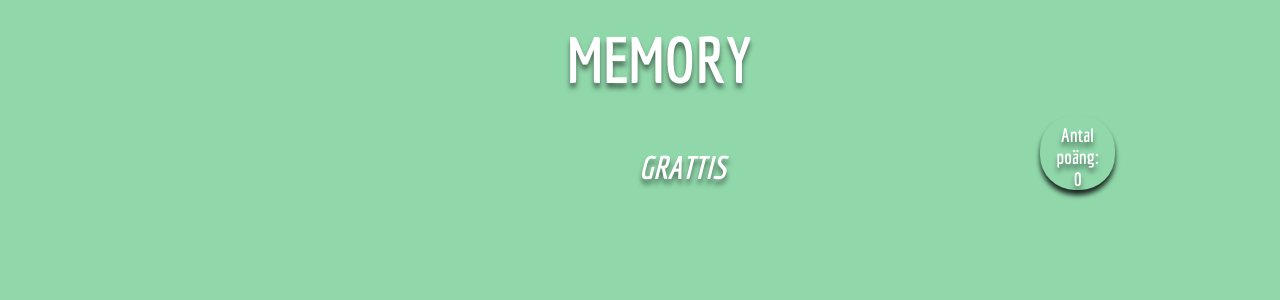
Repository: RebeccaFransson/1dv403-laborationer
Page: 3-gameon/memory/index.html
The author's editor kept a record of every edit. The page is drawn from the files as they stood at one moment, then again after the next edit.
The browser window is 1280 px wide. The pictures show the whole page.

Above is the page before.
Console error: TypeError: Cannot read properties of null (reading 'addEventListener')

### 3-gameon/memory/index.html
<!DOCTYPE html>
<html lang="sv">
<head>
	<meta charset="UTF-8" />
	<link rel="stylesheet" href="style.css" />
    <link href='https://fonts.googleapis.com/css?family=Economica:700' rel='stylesheet' type='text/css'>
    <title>JavaScript - Memory</title>
</head>
    <body id="content">
        <header><h1>MEMORY</h1></header>
        <div id="cards">

        </div>
        <div id="points">
            <p>Antal poäng:<br>0</p>
        </div>
        <div id="done">GRATTIS</div>


 		<script src="script/random.js"></script>
 		<script src="script/Memory.js"></script>
    </body>
</html>

### 3-gameon/memory/style.css

#content{
    width: 27%;
    height: 550px;
    margin:auto;
    border: 2px solid #90d8aa;
    background-color:#90d8aa;
}
h1{
    font-family: 'Economica', sans-serif;
    margin-top: 20px;
    margin-left: 100px;
    font-size:4em;
    color:white;
    text-shadow: 0 5px 5px rgba(0, 0, 0, 0.5);
}

#cards img{
    width:100px;
    height:100px;
    margin:auto;
}

table, th, td{
    border: 2px solid white;
    background-color:#d1cbab;
}
td{
    padding:0;
}
table{
    margin:auto;
    box-shadow: 0 5px 5px rgba(0, 0, 0, 0.5);

}

#points{
    position:absolute;
    bottom:530px;
    left:1040px;
    width: 75px;
    height: 75px;
    background-color:#90d8aa;
    -moz-border-radius: 35px;
    border-radius: 35px;
    box-shadow: 0 5px 5px rgba(0, 0, 0, 0.8);
    font-size:1.2em;
    text-align: center;
    color:white;


}
#points p{
    position:relative;
    bottom:10px;
    font-family: 'Economica', sans-serif;
    text-shadow: 0 5px 5px rgba(0, 0, 0, 0.5);
}
#done{
    padding-top:10px;
    font-family: 'Economica', sans-serif;
    text-shadow: 0 5px 5px rgba(0, 0, 0, 0.5);
    width: 370px;
    background-color: #90d8aa;
    font-style:oblique;
    text-align:center;
    margin: 20px;
    font-size:2em;
    color:white;
    padding:10px;
}
#send {
    background: #d1cbab;
    color: white;
    border-radius: 4px;
    text-shadow: 0 1px 1px rgba(0, 0, 0, 0.2);
    height:30px;
    width:70px;
}
input{
    background-color: rgba(255, 255, 255, 0.5)
}
/*position:relative;
    bottom:100px;
    right:22px;

### 3-gameon/memory/script/Memory.js
'use strict';
//https://www.youtube.com/watch?v=c_ohDPWmsM0 - inte till någon hjälp...
var Memory = {

    imgRandom: [],
    times: 0,
    pic1: "",
    pic2: "",
    klickedNode: [],
    target1: "",
    target2: "",
    link1:"",
    link2: "",
    score: 0,
    count: 0,
    timeout: undefined,
    picValue: 0,

    go: function(){

        var submit = document.getElementById("send");//knappen
        console.log(submit);
        submit.addEventListener("click", function(a){
            a.preventDefault();
            var row = document.querySelector("#nr1").value;
            var col = document.querySelector("#nr2").value;

            Memory.imgRandom.push(RandomGenerator.getPictureArray(row, col));
            Memory.tableCreate(row, col);
        });

        console.log('slumpade nummer '+Memory.imgRandom);
    },

    tableCreate: function(c, r){

        var cards = document.querySelector('#cards');

        var tbl     = document.createElement('table');
        var tblBody = document.createElement('tbody');

        for (var j = 0; j < c; j++) {
            var row = document.createElement('tr');

            for (var i = 0; i < r; i++) {
                var cell = document.createElement('td');
                var a = document.createElement('a');
                var img = document.createElement('img');
                var count = ((j * r) + i);

                img.setAttribute('src', 'pics/0.jpg');
                img.setAttribute('a', ''+Memory.imgRandom[0][count]+'');
                a.setAttribute('href', '#');
                a.setAttribute('a', ''+Memory.imgRandom[0][count]+'');

                cell.appendChild(a);
                a.appendChild(img);
                row.appendChild(cell)

                a.addEventListener('click', Memory.flip(r, c));
            }
            tblBody.appendChild(row);

        }
        tbl.appendChild(tblBody);
        cards.appendChild(tbl);


       document.querySelector('form').setAttribute('class', 'hidden');
    },

    flip: function(e){

        var link = this;
        Memory.klickedNode.push(link.getAttribute('a')); // sparar bilden vi klickade på
        var alink = this.firstChild; //bilden
        Memory.picValue = link.getAttribute('a');//variabel som håller koll på bildens värde
        var src = "pics/"+Memory.picValue+".jpg";

        if(Memory.times < 2){//om vi öppnat mindre än två brickor
        Memory.count++;

            if(Memory.times < 1){ //om vi bara öppnat en bricka
                Memory.times++;
                alink.setAttribute('src', src);//Ger frågetecknet en  bild
                Memory.pic1 = Memory.picValue;// pic1 tilldelas den värdet för den första bilden
                Memory.target1 = alink;//sparar den klickade bilden
                Memory.link1 = link;//sparar den klickade a-taggen

                this.removeEventListener('click', Memory.flip);

            }else{
                Memory.times++;
                alink.setAttribute('src', src);
                Memory.pic2 = Memory.picValue;// andra bilden
                Memory.target2 = alink; //sparar den klickade bilden
                Memory.link2 = link;//sparar den klickade a-taggen
                this.removeEventListener('click', Memory.flip);

                }if(Memory.times === 2 && Memory.pic1 === Memory.pic2 && Memory.target1 != Memory.target2){//lika
                    Memory.score++;
                    Memory.times = 0;
                }else if(Memory.times === 2){//ej lika vända igen
                    setTimeout(Memory.timer, 1000);
                }
            }
            if(Memory.times > 2){
                    setTimeout(Memory.timer, 1000);
                }
        Memory.write(r, c);
    },

    timer: function(){
        if(Memory.pic1 != Memory.pic2){//om de ej är lika vänd tillbaka dem båda
                Memory.target1.setAttribute('src', 'pics/0.jpg');//bilderna återställs efter en sek
                Memory.target2.setAttribute('src', 'pics/0.jpg');
                Memory.times = 0;
                Memory.link1.addEventListener('click', Memory.flip);
                Memory.link2.addEventListener('click', Memory.flip);
            //}
        }else if(Memory.target1 === Memory.target2){//lika vänta 1 sec fortsätt spelet
        console.log("Väldigt lika, ny timer");
            setTimeout(1000);
            Memory.times = 0;
        }else{
            Memory.target1.setAttribute('src', 'pics/0.jpg');//bilderna återställs efter en sek
            Memory.target2.setAttribute('src', 'pics/0.jpg');
            Memory.times = 0;
            Memory.target1.addEventListener('click', Memory.flip);
            Memory.target2.addEventListener('click', Memory.flip);
        }

    },
     write: function(row, col){
         console.log('row och col är '+(row*col)+'  score är '+Memory.score);
         var points = document.getElementById('points');
         var p = points.querySelector('p');
         p.innerHTML = "Antal poäng:<br>"+Memory.score;
         if(Memory.score === row*col){

             var done = document.querySelector('#done');
             done.innerHTML = "Grattis! Du har vunnit, och klarade det på "+(Memory.count/2)+" försök!";
         }

     },
};
window.onload = Memory.go;

Loaded but not shown: 3-gameon/memory/script/random.js (no copy from this time; the picture is the same without it)

After the next edit:
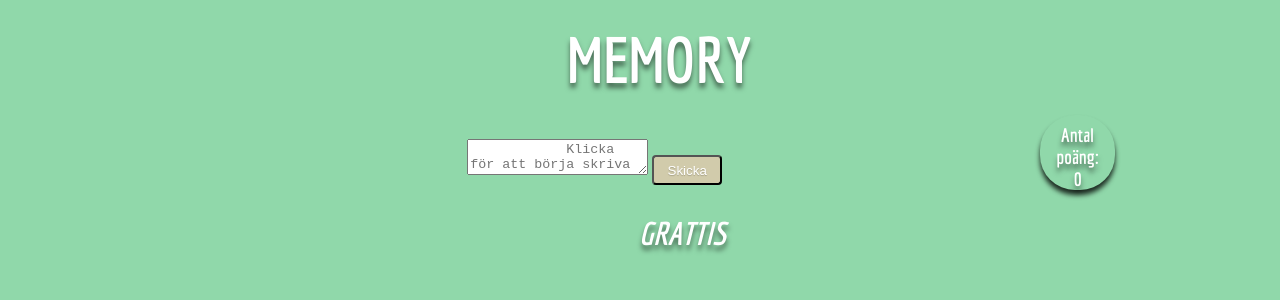
The error is gone.
The edit:
--- a/3-gameon/memory/index.html
+++ b/3-gameon/memory/index.html
@@ -8,6 +8,11 @@
 </head>
     <body id="content">
         <header><h1>MEMORY</h1></header>
+        <form>
+     			    <textarea placeholder="            Klicka för att börja skriva ditt meddelande" type="text" id="textvalue" ></textarea>
+     			    <input type="submit" value="Skicka" id="send"/>
+     			    <p id="value"></p>
+        </form>
         <div id="cards">
 
         </div>
